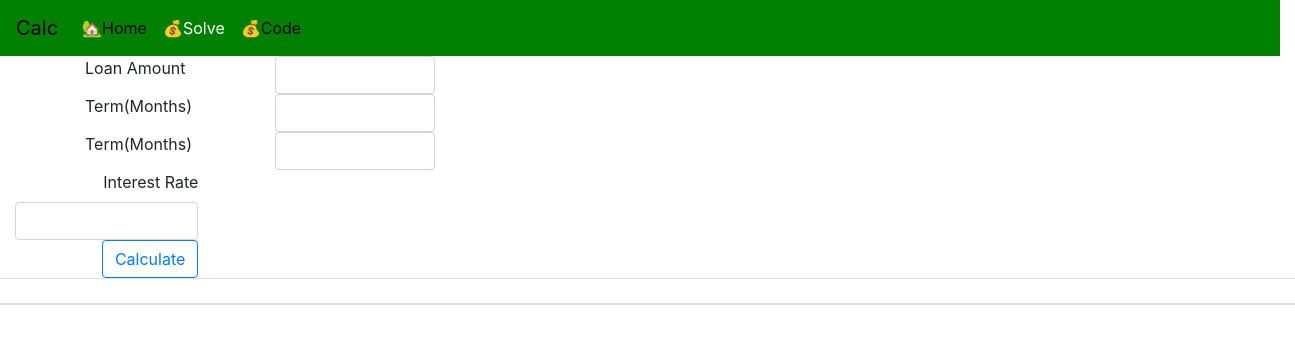
Repository: zhadjah9559/MortgageManager
Page: solve.html
These files come from the project's save history. The page is drawn as it stood at one moment and after a run of saves; the edit follows.
The browser window is 1280 px wide. The page is 1295 px wide, so the pictures cover 1295 px, including what lies to the right of the window. The pictures show the whole page.

Above is the page before, as saved 2021-01-15 16:52:34.

### solve.html
<!doctype html>
<html lang="en">
  <head>
    <title>Mortgage Loan Calculator</title>
    <!-- Required meta tags -->
    <meta charset="utf-8">
    <meta name="viewport" content="width=device-width, initial-scale=1, shrink-to-fit=no">

    <!-- Bootstrap CSS -->
    <link rel="stylesheet" href="https://stackpath.bootstrapcdn.com/bootstrap/4.3.1/css/bootstrap.min.css" integrity="sha384-ggOyR0iXCbMQv3Xipma34MD+dH/1fQ784/j6cY/iJTQUOhcWr7x9JvoRxT2MZw1T" crossorigin="anonymous">
    <link rel="stylesheet" href="css/custom.css">
    <link rel="stylesheet" href="css/prism.css">
  </head>
  <body>

    <nav class="navbar navbar-expand-sm navbar-dark" style="background-color: green;">
        <a class="navbar-brand" href="#">Calc</a>
        <button class="navbar-toggler d-lg-none" type="button" data-toggle="collapse" data-target="#collapsibleNavId" aria-controls="collapsibleNavId"
            aria-expanded="false" aria-label="Toggle navigation"></button>
        <div class="collapse navbar-collapse" id="collapsibleNavId">
            <ul class="navbar-nav mr-auto mt-2 mt-lg-0">
                <li class="nav-item ">
                    <a class="nav-link" href="index.html">🏡Home </a>
                </li>
                <li class="nav-item active">
                    <a class="nav-link" href="solve.html">💰Solve <span class="sr-only">(current)</span></a>
                </li>
                <li class="nav-item">
                    <a class="nav-link" href="code.html">💰Code</a>
                </li>
            </ul>
        </div>
    </nav>

    <div class="container">

        <div class="row">
            <div class="col-2">
                <label for="Loan Amount">Loan Amount</label>
            </div>
            <div class="col-2">
                <input type="number" class="form-control" id="loanAmount">
            </div>
        </div>

        <div class="row">
            <div class="col-2">
                <label for="Term">Term(Months)</label>
            </div>
            <div class="col-2">
                <input type="number" class="form-control" id="months">
            </div>
        </div>

        <div class="row">
            <div class="col-2">
                <label for="Term">Term(Months)</label>
            </div>
            <div class="col-2">
                <input type="number" class="form-control" id="months">
            </div>
        </div>
    </div>
                <!--Label Columns-->
                <div class="col-2 text-right">
                    <label for="Interest Rate">Interest Rate</label>
                </div>

                <!--Label Inputs-->
                <div class="col-2 text-right">
                    <input type="number" class="form-control" id="interestRate">
                    <button class="btn btn-outline-primary" type="submit" onclick="calculateLoan()">Calculate</button>
                </div>



            <!--Display output column-->
            <div class="col-md">

            </div>


        <div class="row">
            <table class="table table-striped">
                <thead>
                    <tr>
                        <th></th>
                        <th></th>
                        <th></th>
                        <th></th>
                        <th></th>
                        <th></th>
                    </tr>
                </thead>
                <tbody id="tBody">

                </tbody>
            </table>
        </div>
    </div>

    <!-- Optional JavaScript -->
    <!-- jQuery first, then Popper.js, then Bootstrap JS -->
    <script src="https://code.jquery.com/jquery-3.3.1.slim.min.js" integrity="sha384-q8i/X+965DzO0rT7abK41JStQIAqVgRVzpbzo5smXKp4YfRvH+8abtTE1Pi6jizo" crossorigin="anonymous"></script>
    <script src="https://cdnjs.cloudflare.com/ajax/libs/popper.js/1.14.7/umd/popper.min.js" integrity="sha384-UO2eT0CpHqdSJQ6hJty5KVphtPhzWj9WO1clHTMGa3JDZwrnQq4sF86dIHNDz0W1" crossorigin="anonymous"></script>
    <script src="https://stackpath.bootstrapcdn.com/bootstrap/4.3.1/js/bootstrap.min.js" integrity="sha384-JjSmVgyd0p3pXB1rRibZUAYoIIy6OrQ6VrjIEaFf/nJGzIxFDsf4x0xIM+B07jRM" crossorigin="anonymous"></script>
    <script src="js/custom.js"></script>
    <script src="js/prism.js"></script>
  </body>
</html>

### css/custom.css
.navbar-dark .navbar-nav .active>.nav-link{
    color:white;
}
.navbar-dark .navbar-nav .nav-link{
    color:black;
}
.navbar .navbar-brand{
    color:black;
}

### css/prism.css
/* PrismJS 1.23.0
https://prismjs.com/download.html#themes=prism-okaidia&languages=markup+css+clike+javascript&plugins=normalize-whitespace */
/**
 * okaidia theme for JavaScript, CSS and HTML
 * Loosely based on Monokai textmate theme by http://www.monokai.nl/
 * @author ocodia
 */

code[class*="language-"],
pre[class*="language-"] {
	color: #f8f8f2;
	background: none;
	text-shadow: 0 1px rgba(0, 0, 0, 0.3);
	font-family: Consolas, Monaco, 'Andale Mono', 'Ubuntu Mono', monospace;
	font-size: 1em;
	text-align: left;
	white-space: pre;
	word-spacing: normal;
	word-break: normal;
	word-wrap: normal;
	line-height: 1.5;

	-moz-tab-size: 4;
	-o-tab-size: 4;
	tab-size: 4;

	-webkit-hyphens: none;
	-moz-hyphens: none;
	-ms-hyphens: none;
	hyphens: none;
}

/* Code blocks */
pre[class*="language-"] {
	padding: 1em;
	margin: .5em 0;
	overflow: auto;
	border-radius: 0.3em;
}

:not(pre) > code[class*="language-"],
pre[class*="language-"] {
	background: #272822;
}

/* Inline code */
:not(pre) > code[class*="language-"] {
	padding: .1em;
	border-radius: .3em;
	white-space: normal;
}

.token.comment,
.token.prolog,
.token.doctype,
.token.cdata {
	color: #8292a2;
}

.token.punctuation {
	color: #f8f8f2;
}

.token.namespace {
	opacity: .7;
}

.token.property,
.token.tag,
.token.constant,
.token.symbol,
.token.deleted {
	color: #f92672;
}

.token.boolean,
.token.number {
	color: #ae81ff;
}

.token.selector,
.token.attr-name,
.token.string,
.token.char,
.token.builtin,
.token.inserted {
	color: #a6e22e;
}

.token.operator,
.token.entity,
.token.url,
.language-css .token.string,
.style .token.string,
.token.variable {
	color: #f8f8f2;
}

.token.atrule,
.token.attr-value,
.token.function,
.token.class-name {
	color: #e6db74;
}

.token.keyword {
	color: #66d9ef;
}

.token.regex,
.token.important {
	color: #fd971f;
}

.token.important,
.token.bold {
	font-weight: bold;
}
.token.italic {
	font-style: italic;
}

.token.entity {
	cursor: help;
}

### js/custom.js
function calculateLoan(){
    let loanAmount = parseInt( document.getElementById("loanAmount").value )
    let months = parseInt( document.getElementById("months").value )
    //DONT FORGET TO CONVERT THIS TO A PERCENTAGE
    let interestRate = parseInt( document.getElementById("interestRate").value )

    //input validation to make sure interest is solid number
    if(interestRate >= 100){

    }


}

Loaded but not shown: js/prism.js (library)

After the next 2 saves:
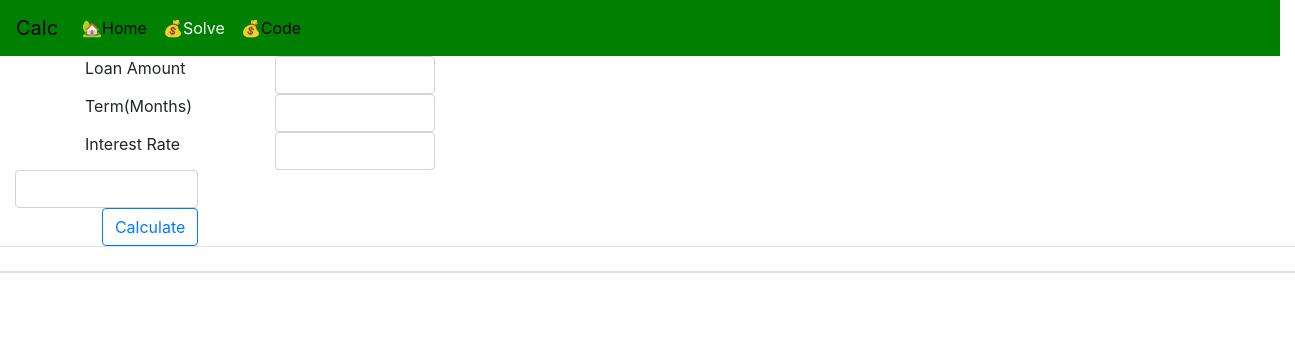
The 2 saves are shown as one change because they came seconds apart.
The last was saved 11 s later.
--- a/solve.html
+++ b/solve.html
@@ -54,7 +54,7 @@
 
         <div class="row">
             <div class="col-2">
-                <label for="Term">Term(Months)</label>
+                <label for="Interest Rate">Interest Rate</label>
             </div>
             <div class="col-2">
                 <input type="number" class="form-control" id="months">
@@ -63,7 +63,6 @@
     </div>
                 <!--Label Columns-->
                 <div class="col-2 text-right">
-                    <label for="Interest Rate">Interest Rate</label>
                 </div>
 
                 <!--Label Inputs-->
